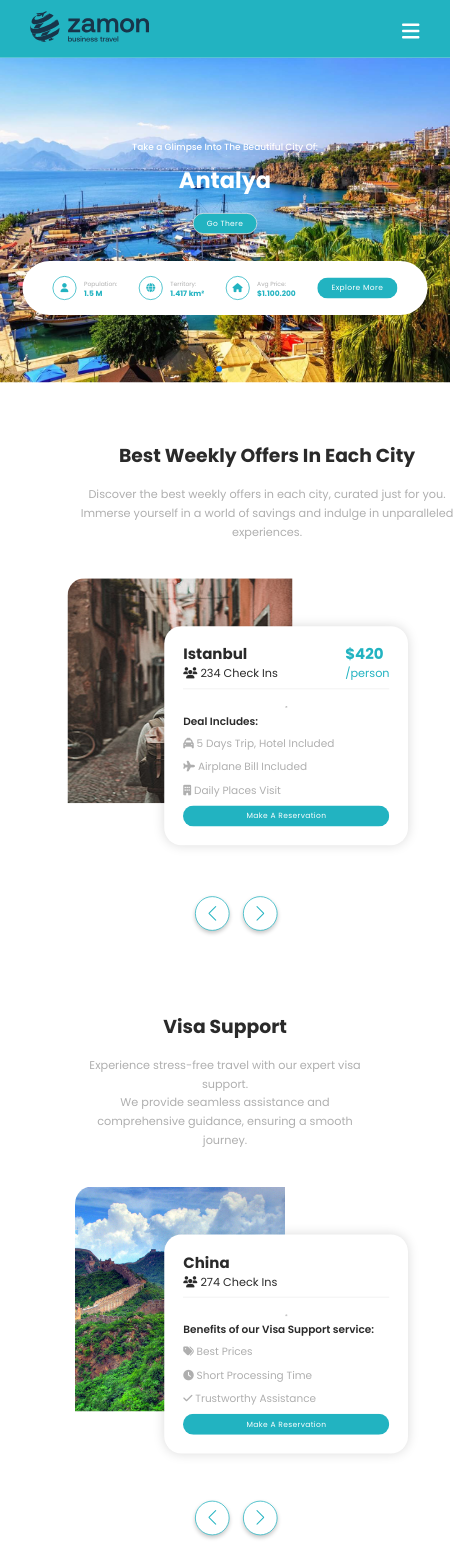
Repository: asadbekdev07/asadbekdev-zamontour-react
Page: /
These files come from the project's save history. The page is drawn as it stood at one moment and after the next save; the edit follows.
The browser window is 600 px wide. The page is 608 px wide, then 600 px, so the pictures cover 608 px, including what lies to the right of the window. The pictures show the whole page, at 75% of full size.
The project was rebuilt for these pictures with package versions that can differ from the ones it lists, and the page was loaded fresh each time. Also part of the build but not shown: vite.config.js.

Above is the page before, as saved 2024-05-26 17:33:01.

### index.html
<!doctype html>
<html lang="en">
  <head>
    <meta charset="UTF-8" />
    <link rel="icon" type="image/svg+xml" href="/vite.svg" />
    <meta name="viewport" content="width=device-width, initial-scale=1.0" />
    <title>Vite + React</title>
    <link rel="stylesheet" href="https://cdnjs.cloudflare.com/ajax/libs/font-awesome/6.5.2/css/all.min.css" integrity="sha512-SnH5WK+bZxgPHs44uWIX+LLJAJ9/2PkPKZ5QiAj6Ta86w+fsb2TkcmfRyVX3pBnMFcV7oQPJkl9QevSCWr3W6A==" crossorigin="anonymous" referrerpolicy="no-referrer" />

  </head>
  <body>
    <div id="root"></div>
    <script type="module" src="/src/main.jsx"></script>
  </body>
</html>

### src/main.jsx
import React from 'react'
import ReactDOM from 'react-dom/client'
import App from './assets/components/App'
import './assets/styles/index.css'
import './i18n'

ReactDOM.createRoot(document.getElementById('root')).render(
  <React.StrictMode>
    <App />
  </React.StrictMode>,
)

### src/assets/components/App.jsx
import Offers from "./Offers"
import SiteHeader from "./Site-header"
import SliderHero from "./Slider-hero"
import Visa from "./Visa"

function App() {

  return (
    <>
      <SiteHeader />
      <SliderHero />
      <Offers />
      <Visa />
    </>
  )
}

export default App

### src/assets/styles/index.css
/* CUSTOM PROPS */
:root {
  --primary-color: #22b3c1;
  --primary-bg-color: #ffffff;
  --border-color: #eeeeee;
  --secondary-text-color: #2a2a2a;
  --grayish-text-color: #afafaf;
  --form-border-color: #e0e0e0;
}

/* FONT-FACE  */
@font-face {
  font-family: "Poppins";
  src: url("../fonts/Poppins-Regular.woff2") format("woff2"), url("../fonts/Poppins-Regular.woff") format("woff");
  font-weight: normal;
  font-style: normal;
  font-display: swap;
}
@font-face {
  font-family: "Poppins";
  src: url("../fonts/Poppins-BoldItalic.woff2") format("woff2"), url("../fonts/Poppins-BoldItalic.woff") format("woff");
  font-weight: bold;
  font-style: italic;
  font-display: swap;
}
@font-face {
  font-family: "Poppins";
  src: url("../fonts/Poppins-SemiBold.woff2") format("woff2"), url("../fonts/Poppins-SemiBold.woff") format("woff");
  font-weight: 600;
  font-style: normal;
  font-display: swap;
}
@font-face {
  font-family: "Poppins";
  src: url("../fonts/Poppins-Medium.woff2") format("woff2"), url("../fonts/Poppins-Medium.woff") format("woff");
  font-weight: 500;
  font-style: normal;
  font-display: swap;
}
@font-face {
  font-family: "Poppins";
  src: url("../fonts/Poppins-Bold.woff2") format("woff2"), url("../fonts/Poppins-Bold.woff") format("woff");
  font-weight: bold;
  font-style: normal;
  font-display: swap;
}

/* GLOBAL  */
html {
  box-sizing: border-box;
  height: 100%;
  scroll-behavior: smooth;
}

*,
*::before,
*::after {
  box-sizing: inherit;
}

:focus {
  outline: 2px dotted var(--primary-color);
  outline-offset: 3px;
}

body {
  display: flex;
  flex-direction: column;
  height: 100%;
  padding: 0;
  margin: 0;
  font-weight: 400;
  font-family: "Poppins", "Arial", sans-serif;
  font-size: 15px;
  background-color: #ffffff;
  color: var(--grayish-text-color);
}

img {
  max-width: 100%;
  height: auto;
}

/* AUTOFILL-STYLES */
/*input:-webkit-autofill,
input:-webkit-autofill:hover,
input:-webkit-autofill:focus,
textarea:-webkit-autofill,
textarea:-webkit-autofill:hover,
textarea:-webkit-autofill:focus,
select:-webkit-autofill,
select:-webkit-autofill:hover,
select:-webkit-autofill:focus {
  border-color: transparent;
  -webkit-text-fill-color: inherit;
  -webkit-box-shadow: 0 0 0px 1000px #fff inset;
}*/


/* PLACEHOLDER-STYLES */
/*::-webkit-input-placeholder,
::-moz-placeholder,
:-ms-input-placeholder,
:-moz-placeholder {
  color: rgba(52, 49, 61, 0.5);
  opacity: 1;
}*/


/* VISUALLY-HIDDEN */
.visually-hidden {
  position: absolute;
  width: 1px;
  height: 1px;
  margin: -1px;
  border: 0;
  padding: 0;
  clip: rect(0 0 0 0);
  overflow: hidden;
}


/* CONTAINER  */
.container {
  width: 100%;
  max-width: 1200px;
  padding-left: 20px;
  padding-right: 20px;
  margin-left: auto;
  margin-right: auto;
}

/* MAIN-CONTENT  */
.main-content {
  flex-grow: 1;
}

/* BUTTON  */
.button {
  padding: 13px 30px;
  margin: 0;
  display: inline-block;
  border-radius: 25px;
  font-weight: 500;
  line-height: 21px;
  font-size: 14px;
  letter-spacing: 0.5px;
  transition: color 0.4s ease;
  text-transform: capitalize;
  border: 1px solid transparent;
  background-color: #22b3c1;
  color: #ffffff;
  overflow: hidden;
  text-decoration: none;
  cursor: pointer;
  white-space: nowrap;
  text-align: center;
}
.button:hover {
  opacity: 0.8;
}
.button:active {
  opacity: 0.6;
}

.button--arrow {
  color: #22b3c1;
  transition: all 0.5s ease;
  text-decoration: none;
}

.button--white {
  background-color: #ffffff;
  color: #22b3c1;
}
.button--white:hover {
  background-color: #22b3c1;
  color: #ffffff;
  opacity: 1;
}

.button--form {
  width: 100%;
  display: block;
}

.button--cta {
  border: 1px solid #e0e0e0;
}
.button--cta:hover {
  background-color: #ffffff;
  color: #22b3c1;
  opacity: 1;
}

/* SITE-HEADER  */
.site-header {
  position: relative;
  padding: 15px 20px;
  background-color: var(--primary-color);
}

.site-header :focus {
  outline: 2px dotted var(--primary-bg-color);
  outline-offset: 3px;
}

.site-header__container {
  display: flex;
  align-items: center;
  justify-content: space-between;
}

.site-header__sitenav {
  display: flex;
  align-items: center;
  justify-content: space-between;
}

.sitenav__list {
  padding: 0;
  margin: 0;
  list-style: none;
  display: flex;
  align-items: center;
}

.sitenav__item {
  margin-right: 30px;
}

.sitenav__link {
  text-decoration: none;
  color: var(--primary-bg-color);
  transition: color 0.4s ease;
}

.sitenav__link:hover {
  color: var(--secondary-text-color);
}

.sitenav__link:active {
  opacity: 0.6;
}

.lang {
  margin: 0;
  padding: 0;
  list-style: none;
  display: flex;
  align-items: center;
}

.lang__item {
  margin-right: 30px;
}

.lang__link {
  text-decoration: none;
  color: var(--primary-bg-color);
  transition: color 0.4s ease;
}

.lang__link:hover {
  color: var(--secondary-text-color);
}

.lang__link:active {
  opacity: 0.6;
}

.social {
  margin: 0;
  padding: 0;
  list-style: none;
  display: flex;
  align-items: center;
}

.social__item:not(:last-child) {
  margin-right: 30px;
}

.social__link {
  display: block;
  text-decoration: none;
}

.social__icon {
  display: block;
  color: var(--primary-bg-color);
}

.fa-telegram {
  transition: color 0.4s ease;
}

.fa-instagram {
  transition: color 0.4s ease;
}

.fa-telegram:hover {
  color: var(--secondary-text-color)
}

.fa-instagram:hover {
  color: var(--secondary-text-color)
}

.site-header__toggler {
  display: none;
  width: 24px;
  height: 22px;
  border: 0;
  background-color: transparent;
  padding: 0;
  margin: 0;
  color: var(--primary-bg-color);
}

/* SLIDER-HERO  */
.slider {
  background-position: center;
  background-repeat: no-repeat;
  background-size: cover;
}

.slider__container {
  width: 90%;
  padding-top: 90px;
  padding-bottom: 90px;
  display: flex;
  flex-direction: column;
  align-items: center;
}

.slider__top {
  padding-top: 50px;
  width: 100%;
  text-align: center;
}

.slider__top-heading {
  margin-top: 0;
  margin-bottom: 20px;
  font-weight: 500;
  font-size: 20px;
  color: var(--primary-bg-color);
}

.slider__top-city {
  margin-top: 0;
  margin-bottom: 30px;
  font-weight: 700;
  font-size: 50px;
  color: var(--primary-bg-color);
}

.slider__bottom {
  width: 100%;
}

.list {
  padding: 0;
  margin: 0;
  list-style: none;
  padding: 30px 60px;
  margin-top: 40px;
  display: flex;
  align-items: center;
  justify-content: space-between;
  border-radius: 60px;
  background-color: var(--primary-bg-color);
}

.list__item-inner {
  display: flex;
  align-items: center;
}
.list__item-inner .fa {
  display: flex;
  align-items: center;
  justify-content: center;
  margin-right: 20px;
  width: 60px;
  height: 60px;
  border-radius: 50%;
  line-height: 50px;
  font-size: 25px;
  text-align: center;
  border: 1px solid var(--primary-color);
  color: var(--primary-color);
}

.list__subheading {
  margin: 0;
  font-weight: 700;
  font-size: 20px;
  line-height: 28px;
  color: var(--primary-color);
}
.list__subheading span {
  font-weight: 400;
  font-size: 15px;
  color: var(--grayish-text-color);
}

.lang__link.selected {
  font-weight: bold;
  color: var(--primary-color);
  text-decoration: underline;
}

/* OFFERS  */
.offers,
.visa {
  position: relative;
  padding-top: 80px;
  padding-bottom: 80px;
}

.offers__content,
.visa__content {
  width: 70%;
  margin-left: 15%;
  margin-right: 15%;
  margin-bottom: 50px;
  text-align: center;
}

.offers__title,
.visa__title {
  margin-top: 0;
  margin-bottom: 20px;
  font-weight: 700;
  font-size: 30px;
  line-height: 36px;
  text-transform: capitalize;
  color: var(--secondary-text-color);
}

.offers__description,
.visa__description {
  line-height: 30px;
}

.offers__card,
.visa__card {
  width: 350px;
  height: 420px;
  border-radius: 8px;
  display: flex;
  cursor: pointer;
  align-items: center;
  justify-content: center;
  flex-direction: column;
  position: relative;
}

.offers__img,
.visa__img {
  height: 300px;
  padding-right: 150px;
  padding-bottom: 120px;
  border-top-left-radius: 23px;
  border-bottom-left-radius: 23px;
}


.visa__img {
  width: 50%;
  object-fit: cover;
}

.inner {
  position: absolute;
  right: 1%;
  display: flex;
  flex-direction: column;
  justify-content: center;
  position: absolute;
  z-index: 10000;
  width: 250px;
  padding: 25px;
  border-radius: 23px;
  box-shadow: 0px 0px 15px rgba(0, 0, 0, 0.15);
  background-color: var(--primary-bg-color);
}

.inner__top {
  display: flex;
  align-items: center;
  justify-content: space-between;
  padding-bottom: 10px;
  position: relative;
  margin-bottom: 15px;
  border-bottom: 1px solid #eee;
}

.inner__top h4 {
  font-size: 20px;
  line-height: 24px;
  color: var(--secondary-text-color);
  margin: 0;
}

.inner__top h6 {
  margin: 0;
  font-weight: 700;
  font-size: 20px;
  line-height: 24px;
  color: var(--primary-color);
}
.inner__top span {
  font-weight: 400;
  font-size: 15px;
  line-height: 18px;
}

.inner__list {
  margin: 0;
  padding: 0;
  list-style: none;
  margin-bottom: 10px;
}

.inner__list li:not(:last-child) {
  margin-bottom: 10px;
}

.inner__list li:not(:first-child) {
  font-size: 14px;
  line-height: 21px;
  color: var(--grayish-text-color);
}

.inner__list-title {
  font-weight: 600;
  font-size: 14px;
  line-height: 20px;
  color: var(--secondary-text-color);
}

.swiper-buttons {
  display: flex;
  justify-content: center;
  position: absolute;
  left: 42%;
  bottom: 10%; /* Adjust as needed */
  width: 15%;
}

.swiper-button-next,
.swiper-button-prev {
  width: 46px;
  height: 46px;
  border-radius: 50%;
  border: 1.5px solid var(--primary-color);
  background-color: var(--primary-bg-color);
  color: var(--primary-color);
  text-align: center;
  line-height: 44px;
  cursor: pointer;
  box-shadow: 0 3px 6px rgba(0, 0, 0, 0.23);
  margin: 0 15px;
  font-size: 20px;
}

.swiper-button-next:hover,
.swiper-button-prev:hover {
  background-color: var(--primary-color);
  color: var(--primary-bg-color);
}

.swiper-button-next::after,
.swiper-button-prev::after {
  font-size: 20px; /* Custom size for the arrow icons */
}

@media only screen and (min-width: 1000px) and (max-width: 1200px) {
  .offers__card {
    width: 30%;
  }

  .offers__img {
    height: 300px;
    padding-right: 85px;
    padding-bottom: 120px;
  }

  .inner {
    width: 210px;
    padding: 21px;
  }
}
@media only screen and (max-width: 1000px) {
  .offers__card {
    width: 45%;
  }

  .offers__img {
    height: 300px;
    padding-right: 60px;
    padding-bottom: 120px;
  }

  .inner {
    width: 225px;
    padding: 25px;
  }

  .swiper-buttons {
    left: 45%;
  }

  .swiper-button-next,
  .swiper-button-prev {
    margin: 0 0;
  }
}

@media only screen and (max-width: 900px) {
  .site-header__sitenav {
    display: none;
  }

  .site-header__toggler {
    display: block;
  }

  .site-header.is-open .site-header__sitenav {
    z-index: 1000;
    width: 90%;
    display: flex;
    flex-direction: column;
    position: absolute;
    top: 90%;
    left: 5%;
    right: 5%;
    background-color: var(--primary-bg-color);
  }

  .site-header.is-open .sitenav {
    width: 100%;
  }

  .site-header.is-open .sitenav__list,
  .site-header.is-open .social,
  .site-header.is-open .lang {
    display: flex;
    flex-direction: column;
    width: 100%;
  }

  .site-header.is-open .sitenav__item,
  .site-header.is-open .lang__item,
  .site-header.is-open .social__item {
    width: 100%;
    margin: 0;
    padding-top: 8px;
    padding-bottom: 8px;
    border-bottom: 1px solid var(--form-border-color);
    text-align: center;
  }

  .site-header.is-open .sitenav__link,
  .site-header.is-open .lang__link,
  .site-header.is-open .social__link,
  .site-header.is-open .social__icon {
    color: var(--secondary-text-color);
  }

  .site-header.is-open .lang__link:hover,
  .site-header.is-open .social__link:hover,
  .site-header.is-open .social__icon:hover {
    color: var(--primary-color);
  }
  /* LIST */
  .list__subheading {
    font-size: 15px;
    line-height: 18px;
  }
  .list__subheading span {
    font-size: 12px;
  }
  .list__item-inner .fa {
    margin-right: 15px;
    width: 50px;
    height: 50px;
    border-radius: 50%;
    line-height: 40px;
    font-size: 20px;
  }
}

@media only screen and (max-width: 800px) {
  .button {
    padding: 10px 20px;
    border-radius: 20px;
    font-weight: 400;
    line-height: 15px;
    font-size: 13px;
    letter-spacing: 0.5px;
  }
  /* SLIDER  */
  .slider__top-heading {
    margin-bottom: 18px;
    font-weight: 500;
    font-size: 16px;
  }
  .slider__top-city {
    margin-top: 0;
    margin-bottom: 25px;
    font-weight: 700;
    font-size: 40px;
  }

  .swiper-button-next,
  .swiper-button-prev {
    margin: 0 -8px;
  }
}

@media only screen and (min-width: 500px) and (max-width: 700px) {
  .offers__img,
  .visa__img {
    padding-right: 120px;
  }
  .inner {
    width: 275px;
    margin-right: 30px;
  }
}

@media only screen and (max-width: 700px) {
  .list {
    padding: 20px 40px;
    margin-top: 30px;
    border-radius: 50px;
  }
  .list__item-inner .fa {
    margin-right: 12px;
    width: 35px;
    height: 35px;
    border-radius: 50%;
    line-height: 25px;
    font-size: 15px;
  }
  .list__subheading {
    font-size: 13px;
    line-height: 15px;
  }
  .list__subheading span {
    font-size: 10px;
  }
  .offers__content {
    width: 90%;
  }
  .offers__title,
  .visa__title {
    font-size: 25px;
  }
  .offers__description,
  .visa__description {
    line-height: 25px;
  }
  .offers__img {
    width: 300px;
  }
  .swiper-button-next,
  .swiper-button-prev {
    margin: 0 -12px;
  }
}

@media only screen and (max-width: 600px) {
  .button {
    padding: 8px 18px;
    border-radius: 18px;
    font-weight: 400;
    line-height: 10px;
    font-size: 10px;
    letter-spacing: 0.5px;
  }
  /* SLIDER  */
  .slider {
    padding-top: 0;
    padding-bottom: 0;
  }
  .slider__top {
    padding-top: 20px;
  }
  .slider__top-heading {
    margin-bottom: 14px;
    font-weight: 500;
    font-size: 12px;
  }
  .slider__top-city {
    margin-top: 0;
    margin-bottom: 20px;
    font-weight: 700;
    font-size: 30px;
  }
  /* LIST  */
  .list__item-inner .fa {
    margin-right: 10px;
    width: 30px;
    height: 30px;
    border-radius: 50%;
    line-height: 20px;
    font-size: 12px;
  }
  .list__subheading {
    font-size: 10px;
    line-height: 12px;
  }
  .list__subheading span {
    font-size: 8px;
  }
  .swiper-button-next,
  .swiper-button-prev {
    margin: 0 -20px;
  }
}

@media only screen and (max-width: 500px) {
  .button {
    padding: 6px 12px;
    border-radius: 15px;
    font-weight: 400;
    line-height: 1;
    font-size: 7px;
    letter-spacing: 0.5px;
  }
  /* SLIDER  */

  .slider__container {
    padding-top: 50px;
    padding-bottom: 50px;
  }
  /* LIST  */
  .list {
    padding: 15px 22px;
    margin-top: 25px;
    border-radius: 40px;
  }
  .list__item-inner .fa {
    margin-right: 5px;
    width: 20px;
    height: 20px;
    border-radius: 50%;
    line-height: 10px;
    font-size: 8px;
  }
  .list__subheading {
    font-size: 7px;
    line-height: 1;
  }
  .list__subheading span {
    font-size: 5px;
  }
  .offers__img {
    width: 230px;
  }
  .swiper-button-next,
  .swiper-button-prev {
    margin: 0 -35px;
  }
}

@media
only screen and (-webkit-min-device-pixel-ratio: 2),
only screen and (   min--moz-device-pixel-ratio: 2),
only screen and (     -o-min-device-pixel-ratio: 2/1),
only screen and (        min-device-pixel-ratio: 2),
only screen and (                min-resolution: 192dpi),
only screen and (                min-resolution: 2dppx) {

}

### src/i18n.jsx
import i18n from 'i18next';
import { initReactI18next } from 'react-i18next';
import Backend from 'i18next-http-backend';
import laungageDetector from 'i18next-browser-languagedetector';
import enLang from '../public/locales/en.json'
import uzLang from '../public/locales/uz.json'
import ruLang from '../public/locales/ru.json'

i18n
.use(Backend)
.use(laungageDetector)
.use(initReactI18next)
.init({
  fallbackLng: 'en',
  lng: 'en',
  debug: true,
  resources: {
    en:{translation: enLang},
    uz:{translation: uzLang},
    ru:{translation: ruLang}
  }
})

export default i18n;

### src/assets/components/Slider-hero.jsx
import React from 'react';
import { Swiper, SwiperSlide } from 'swiper/react';
import 'swiper/css';
import 'swiper/css/pagination';
import 'swiper/css/navigation';


import { Autoplay, Pagination, Navigation } from 'swiper/modules';

import istanbulImg from '/img/istanbul.jpg';
import antalyaImg from '/img/antalya.jpg';
import dubaiImg from '/img/dubai2.jpg';
import sharmImg from '/img/sharm.jpg';

const slidesData = [
  {
    img: istanbulImg,
    city: 'Istanbul',
    population: '15.5 M',
    territory: '5.461 km²',
    avgPrice: '$946.000'
  },
  {
    img: antalyaImg,
    city: 'Antalya',
    population: '1.5 M',
    territory: '1.417 km²',
    avgPrice: '$1.100.200'
  },
  {
    img: dubaiImg,
    city: 'Dubai',
    population: '3.3 M',
    territory: '35 km²',
    avgPrice: '$425.000'
  },
  {
    img: sharmImg,
    city: 'Sharm El-Sheikh',
    population: '0.07 M',
    territory: '45 km²',
    avgPrice: '$165.450'
  }
];

const SlideContent = ({ img, city, population, territory, avgPrice }) => (
  <section className="slider" style={{ backgroundImage: `url(${img})` }}>
    <div className="container slider__container">
      <div className="slider__top">
        <h3 className="slider__top-heading">Take a Glimpse Into The Beautiful City Of:</h3>
        <h2 className="slider__top-city">{city}</h2>
        <a className="button button--cta" href="#contact">Go There</a>
      </div>
      <div className="slider__bottom">
        <ul className="slider__bottom-list list">
          <li className="list__item">
            <div className="list__item-inner">
              <i className="fa fa-user"></i>
              <h4 className="list__subheading">
                <span>Population:</span><br />{population}
              </h4>
            </div>
          </li>
          <li className="list__item">
            <div className="list__item-inner">
              <i className="fa fa-globe"></i>
              <h4 className="list__subheading">
                <span>Territory:</span><br />{territory}
              </h4>
            </div>
          </li>
          <li className="list__item">
            <div className="list__item-inner">
              <i className="fa fa-home"></i>
              <h4 className="list__subheading">
                <span>Avg Price:</span><br />{avgPrice}
              </h4>
            </div>
          </li>
          <div className="list__item-inner">
            <a className="button" href="#contact">Explore More</a>
          </div>
        </ul>
      </div>
    </div>
  </section>
);

export default function SliderHero() {
  return (
    <Swiper
      spaceBetween={5}
      centeredSlides={true}
      autoplay={{
        delay: 5500,
        disableOnInteraction: false,
      }}
      pagination={{
        clickable: true,
      }}
      loop={true}
      navigation={false}
      modules={[Autoplay, Pagination, Navigation]}
      className="mySwiper"
    >
      {slidesData.map((slide, index) => (
        <SwiperSlide key={index}>
          <SlideContent {...slide} />
        </SwiperSlide>
      ))}
    </Swiper>
  );
}

### src/assets/components/Visa.jsx
import React from 'react';
import { Navigation, A11y } from 'swiper/modules';
import { Swiper, SwiperSlide } from 'swiper/react';
import 'swiper/css';
import 'swiper/css/navigation';

import china from '/img/china.jpg';
import hongkong from '/img/hongkong.jpg';
import europe from '/img/europe.jpeg';
import india from '/img/india.jpg';
import japan from '/img/japan.jpg';
import saudi from '/img/saudi.jpg';
import oman from '/img/oman.jpg';

const offersData = [
  { img: china, city: "China", checkIns: 274 },
  { img: hongkong, city: "Hong Kong", checkIns: 350 },
  { img: europe, city: "European (Schengen)", checkIns: 453 },
  { img: india, city: "India", checkIns: 220 },
  { img: japan, city: "Japan", checkIns: 442 },
  { img: saudi, city: "Saudi Arabia", checkIns: 424 },
  { img: oman, city: "Oman", checkIns: 389 }
];

const Visa = () => {
  return (
    <div className="visa">
      <div className="container">
        <div className="visa__content">
          <h2 className="visa__title">Visa Support</h2>
          <p className="visa__description">
          Experience stress-free travel with our expert visa support. <br/> We provide seamless assistance and comprehensive guidance, ensuring a smooth journey.
          </p>
        </div>
        <Swiper
          modules={[Navigation, A11y]}
          spaceBetween={15}
          slidesPerView={3}
          navigation={{ nextEl: '.swiper-button-next', prevEl: '.swiper-button-prev' }}
          loop={true}
          breakpoints={{
            1000: {
              slidesPerView: 3,
              spaceBetween: 15
            },
            700: {
              slidesPerView: 2,
              spaceBetween: 15
            },
            0: {
              slidesPerView: 1,
              spaceBetween: 15
            }
          }}
          onSwiper={(swiper) => console.log(swiper)}
          onSlideChange={() => console.log('slide change')}
        >
          {offersData.map((offer, index) => (
            <SwiperSlide key={index} className='visa__card'>
              <img className='visa__img' src={offer.img} alt={`${offer.city} img`} />
              <div className="visa__card-inner inner">
                <div className="inner__top">
                  <h4>{offer.city}<br /><span><i className="fa fa-users"></i> {offer.checkIns} Check Ins</span></h4>
                </div>
                <hr className='inner__divider' />
                <ul className='inner__list'>
                  <li className="inner__list-title">Benefits of our Visa Support service:</li>
                  <li><i className="fa fa-tags"></i> Best Prices</li>
                  <li><i className="fa fa-clock"></i> Short Processing Time</li>
                  <li><i className="fa fa-check"></i> Trustworthy Assistance</li>
                </ul>
                <a className="button button--wrapper" href="#contact">Make a Reservation</a>
              </div>
            </SwiperSlide>
          ))}
        </Swiper>
        <div className="swiper-buttons">
          <div className="swiper-button-prev"></div>
          <div className="swiper-button-next"></div>
        </div>
      </div>
    </div>
  );
};

export default Visa;

Loaded but not shown: public/locales/uz.json (12 lines, source omitted); public/locales/en.json (12 lines, source omitted); public/locales/ru.json (12 lines, source omitted); src/assets/components/Site-header.jsx (106 lines, source omitted); src/assets/components/Offers.jsx (86 lines, source omitted)

After the next save:
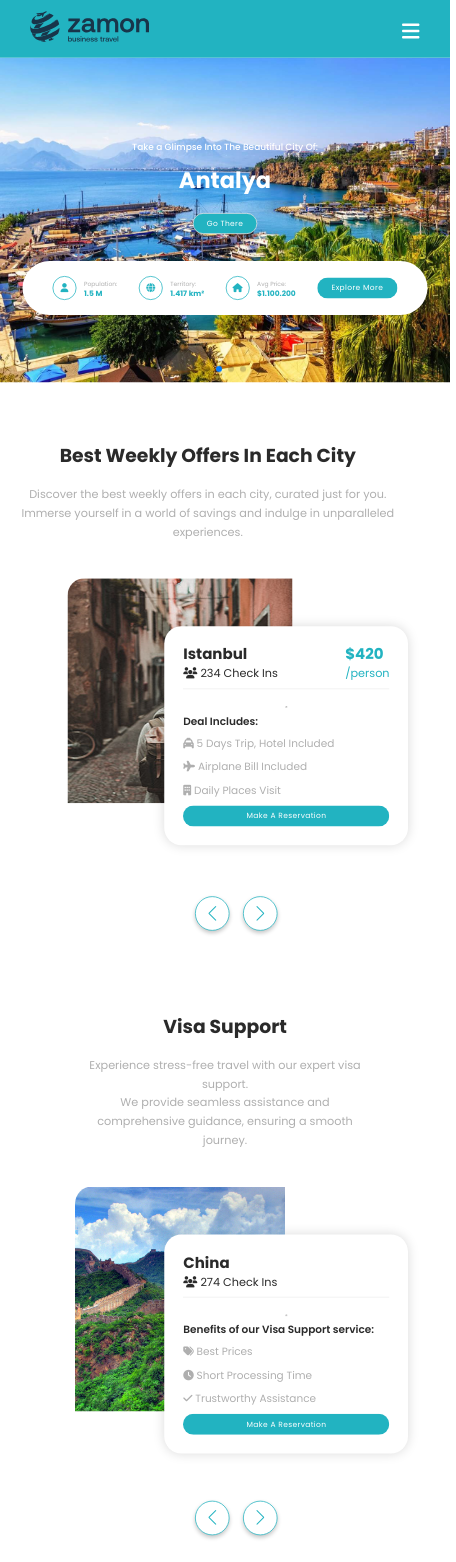
Saved 42 s later.
--- a/src/assets/styles/index.css
+++ b/src/assets/styles/index.css
@@ -755,6 +755,8 @@ select:-webkit-autofill:focus {
   }
   .offers__content {
     width: 90%;
+    margin-left: 5px;
+    margin-right: 5px;
   }
   .offers__title,
   .visa__title {
